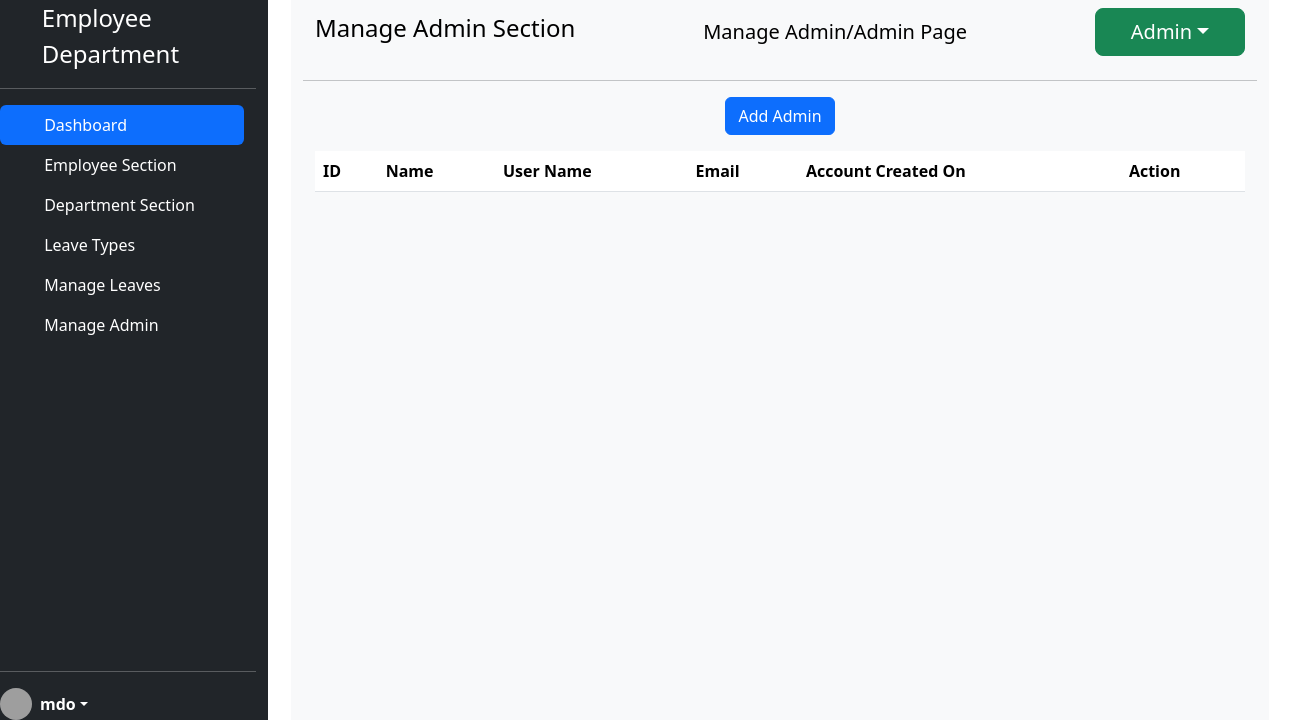
Repository: Ashish4910/Leave-Application-Management
Page: http://localhost/Employee_management/Admin/Employee_Attendence.jsp
These files come from the project's save history. The page is drawn as it stood at one moment and after the next save; the edit follows.
The browser window is 1280 px wide. The page is 1292 px wide, so the pictures cover 1292 px, including what lies to the right of the window. The pictures show the whole page.
Pictures or frames that could not be fetched are drawn as grey boxes. The page is served by Tomcat 9. Queries for data that is not in the repository find no rows.

Above is the page before, as saved 2023-12-06 08:41:59.

After the next save:
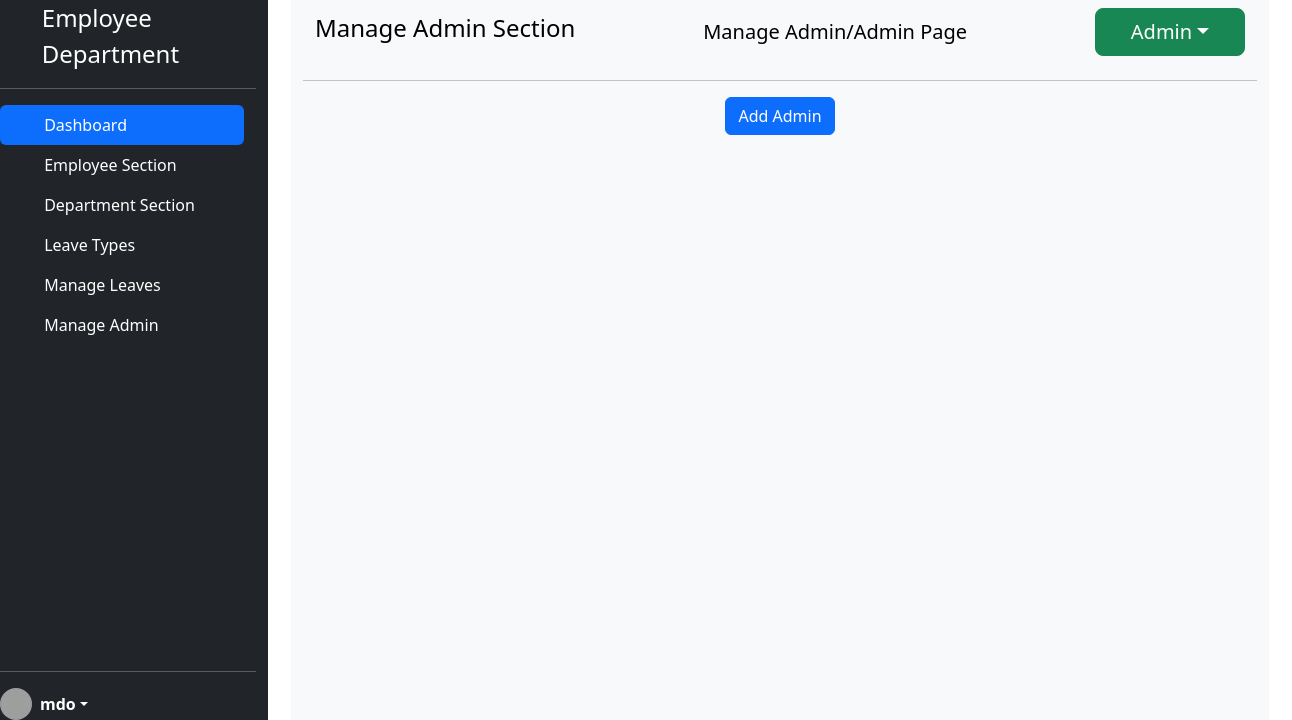
Saved 38 s later.
--- a/Employee Management Project/Employee_management/src/main/webapp/Admin/Employee_Attendence.jsp
+++ b/Employee Management Project/Employee_management/src/main/webapp/Admin/Employee_Attendence.jsp
@@ -124,74 +124,7 @@
 						Admin</a>
 
 				</div>
-				<table class="table">
-					<thead>
-						<tr>
-							<th scope="col">ID</th>
-							<th scope="col">Name</th>
-							<th scope="col">User Name</th>
-							<th scope="col">Email</th>
-							<th scope="col">Account Created On</th>
-							<th scope="col">Action</th>
-
-
-
-						</tr>
-						<%
-						Connection conn = null;
-						PreparedStatement pstmt = null;
-						String sql = "SELECT * FROM manage_admin";
-						ResultSet rs = null;
-
-						try {
-							Class.forName("com.mysql.cj.jdbc.Driver");
-							conn = DriverManager.getConnection("jdbc:mysql://localhost:3306/employee_management?user=root&password=root123@");
-							pstmt = conn.prepareStatement(sql);
-							rs = pstmt.executeQuery();
-							while (rs.next()) {
-						%>
-						<tr>
-							<td><%=rs.getString("Id")%></td>
-							<td><%=rs.getString("Name")%></td>
-							<td><%=rs.getString("Username")%></td>
-							<td><%=rs.getString("Email")%></td>
-							<td><%=rs.getString("AccountCreatedOn")%></td>
-							<td>
-								<form action="../ManageAdminDelete" method="post">
-									<!-- Hidden input to store the Department_id value -->
-									<input type="hidden" name="id"
-										value="<%=rs.getString("id")%>">
-									<!-- Submit button with the trash icon -->
-									<button type="submit" class="btn btn-link">
-										<i class="fa-solid fa-trash"></i>
-									</button><a
-								href="Edit_ManageAdmin.jsp?id=<%=rs.getString("id")%>"
-								class=""><i class="fa-solid fa-pen-to-square"></i></a>
-								</form></td>
-
-
-							<!-- Add more columns as needed -->
-						</tr>
-						<%
-						}
-						} catch (Exception e) {
-						e.printStackTrace();
-						} finally {
-						if (rs != null) {
-						rs.close();
-						}
-						if (pstmt != null) {
-						pstmt.close();
-						}
-						if (conn != null) {
-						conn.close();
-						}
-						}
-						%>
-
-					</tbody>
-				</table>
-			</div>
+							</div>
 		</div>
 
 		<script
